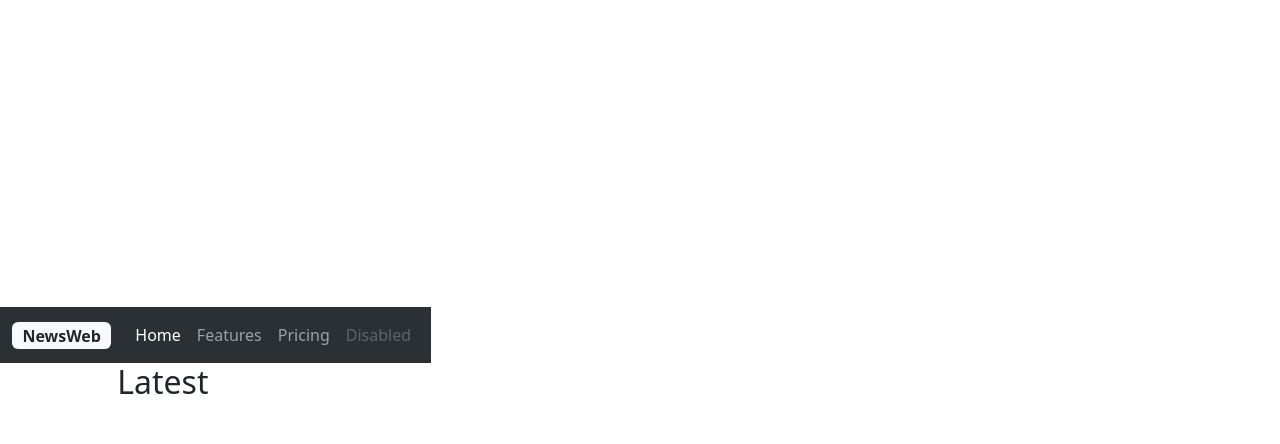
Repository: Abhilash2909/NewsWeb
Page: /
The author's editor kept a copy of each file at every save. The page is drawn from the files as they stood at one save, then again after the next save.
The browser window is 1280 px wide. The pictures show the whole page.
The project was rebuilt for these pictures with package versions that can differ from the ones it lists, and the page was loaded fresh each time. Also part of the build but not shown: vite.config.js.

Above is the page before, as saved 2024-05-21 22:46:35.

After the next save:
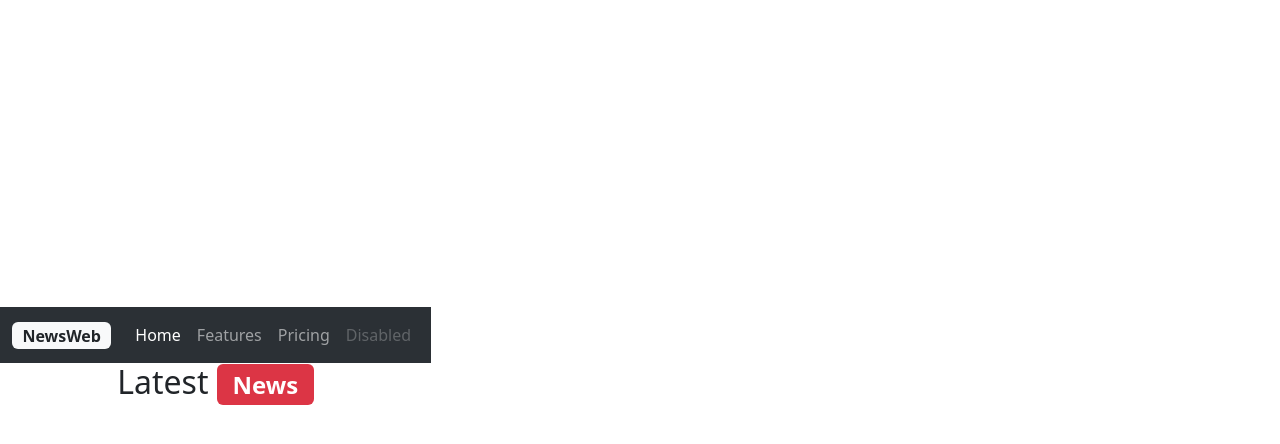
Saved 8 s later.
--- a/src/Components/NewsBoard.jsx
+++ b/src/Components/NewsBoard.jsx
@@ -2,7 +2,7 @@
 const NewsBoard = () => {
     return (
       <div>
-        <h2 className="text-center">Latest <span className="badge">News</span></h2>
+        <h2 className="text-center">Latest <span className="badge bg-danger">News</span></h2>
       </div>
     )
   }

After the save that followed:
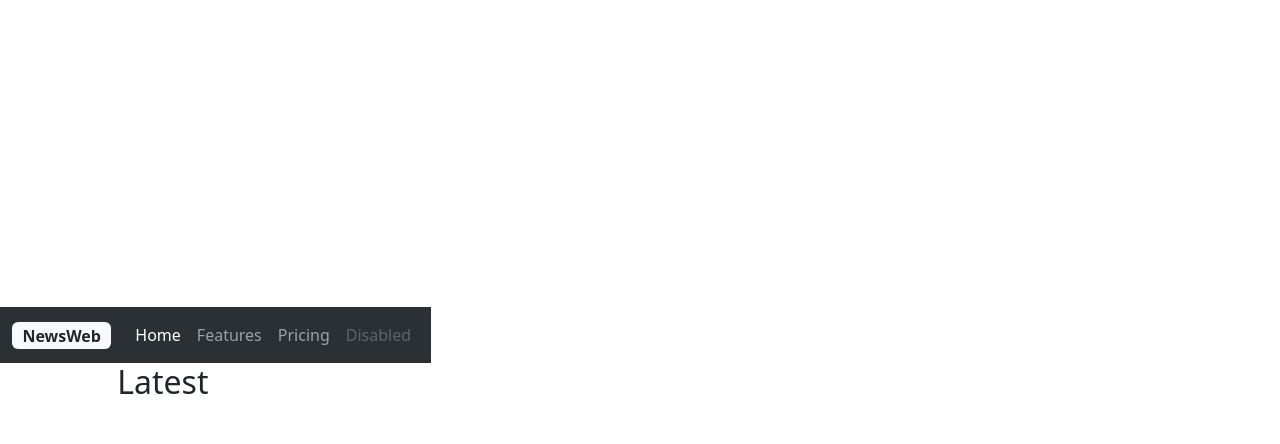
Saved 19 s later.
--- a/src/Components/NewsBoard.jsx
+++ b/src/Components/NewsBoard.jsx
@@ -2,7 +2,7 @@
 const NewsBoard = () => {
     return (
       <div>
-        <h2 className="text-center">Latest <span className="badge bg-danger">News</span></h2>
+        <h2 className="text-center">Latest <span className="badge bg-ble">News</span></h2>
       </div>
     )
   }
